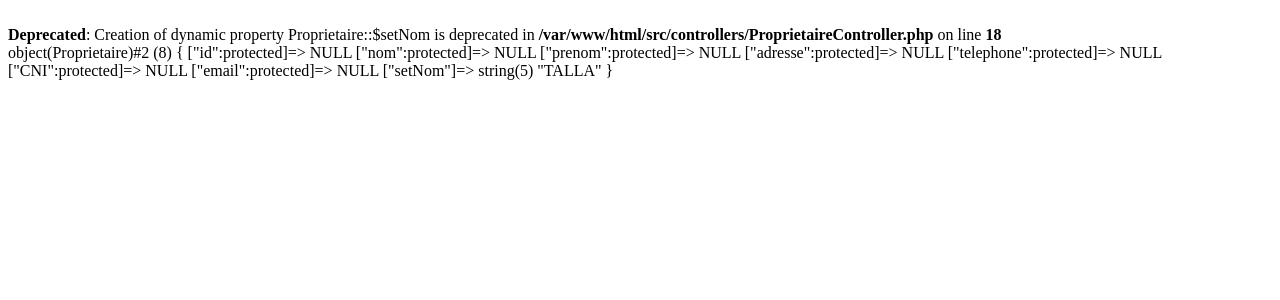
Repository: saliou-t/TS-IMMO
Page: http://localhost/
An editor plug-in stored every save of this project. The page is shown before and after a run of saves, followed by the edit.
The browser window is 1280 px wide. The pictures show the whole page.
The page is run by PHP 8.4 with error messages shown; the project is at /var/www/html/.

Above is the page before, as saved 2022-03-31 17:28:38.

After the next 2 saves:
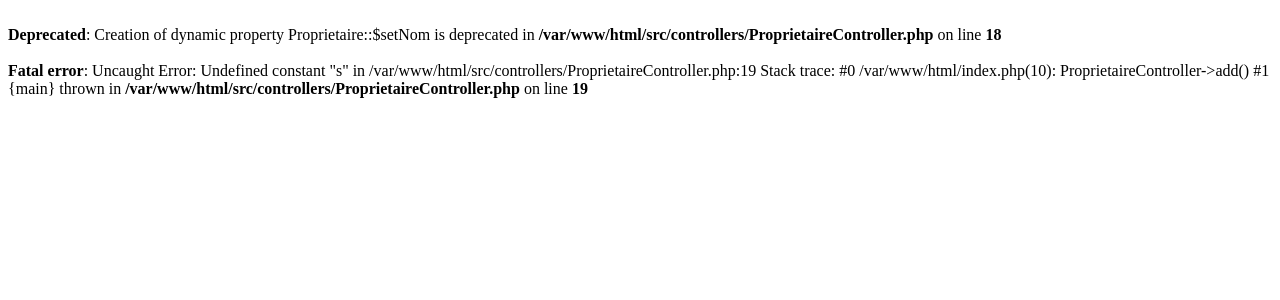
The 2 saves are shown as one change because they came seconds apart.
The last was saved 13 min 16 s later.
--- a/src/controllers/ProprietaireController.php
+++ b/src/controllers/ProprietaireController.php
@@ -16,7 +16,7 @@
         $proprietaire = new Proprietaire();
 
         $proprietaire->setNom = "TALLA";
-        var_dump($proprietaire);
+        var_dump($proprietaire-s);
 
 
 

After the 2 saves that followed:
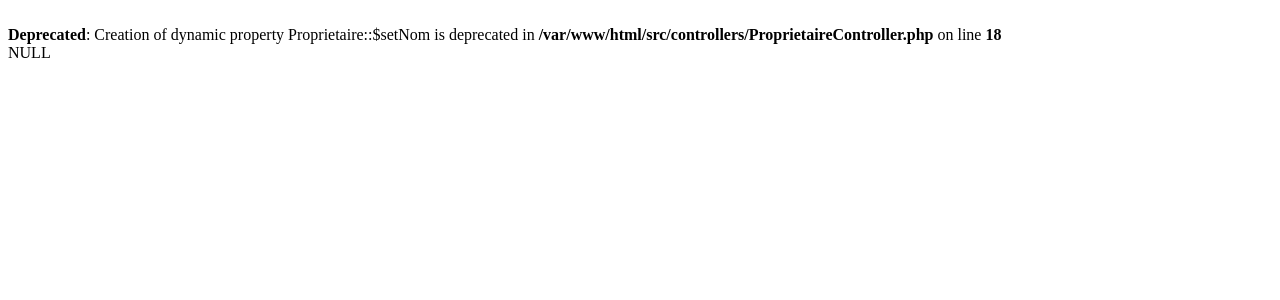
The 2 saves are shown as one change because they came seconds apart.
The last was saved 8 s later.
--- a/src/controllers/ProprietaireController.php
+++ b/src/controllers/ProprietaireController.php
@@ -16,7 +16,7 @@
         $proprietaire = new Proprietaire();
 
         $proprietaire->setNom = "TALLA";
-        var_dump($proprietaire-s);
+        var_dump($proprietaire->setNom('okko'));
 
 
 
